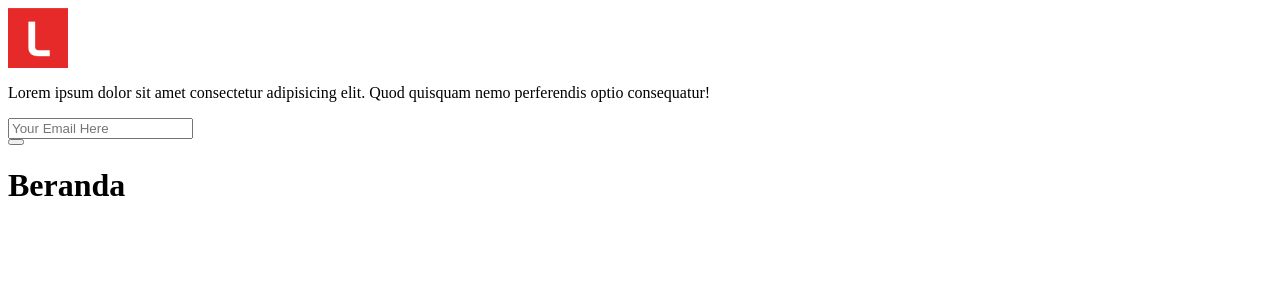
Repository: khulqu15/lelangyuk
Page: resources/views/livewire/components/footer.blade.php
An editor plug-in stored every save of this project. The page is shown before and after the next save, followed by the edit.
The browser window is 1280 px wide. The pictures show the whole page.
The page is served by the project's Laravel application, run on PHP 8.4 with Laravel 8. Other server files are loaded and not shown. The template is opened directly, without the code that normally fills it, so the values that code supplies are empty.

Above is the page before, as saved 2021-02-15 16:41:55.

### routes/web.php
<?php

use App\Http\Controllers\PageController;
use App\Http\Livewire\Page\Home;
use Illuminate\Support\Facades\Route;

/*
|--------------------------------------------------------------------------
| Web Routes
|--------------------------------------------------------------------------
|
| Here is where you can register web routes for your application. These
| routes are loaded by the RouteServiceProvider within a group which
| contains the "web" middleware group. Now create something great!
|
*/

Route::get('/', [PageController::class, 'home'])->name('home');

Route::get('home', [Home::class, 'render']);

Route::middleware(['auth:sanctum', 'verified'])->get('/dashboard', function () {
    return view('dashboard');
})->name('dashboard');

### resources/views/livewire/components/footer.blade.php
<div>
    <div class="container-fluid px-0">
        <div class="row">
            <div class="col-md-6 px-0">
                <div class="p-5 mx-5 my-4">
                    <img src="{{ asset('img/logo.png') }}" width="60px" class="mb-2" alt="Logo">
                    <p class="mb-3">Lorem ipsum dolor sit amet consectetur adipisicing elit. Quod quisquam nemo perferendis optio consequatur!</p>
                    <div class="input-email-footer mt-4">
                        <div class="row">
                            <div class="col-9">
                                <input type="text" class="form-control border-0 px-3" placeholder="Your Email Here">
                            </div>
                            <div class="col-3 text-center">
                                <button class="btn btnm-primary py-3 px-4"><i class="far fa-heart"></i></button>
                            </div>
                        </div>
                    </div>
                </div>
            </div>
            <div class="col-md-6 text-right bgm-primary px-0 position-relative">
                <div class="p-5 mx-5 my-3">
                    <h1 class="menu-footer d-inline-block viga position-relative">
                        <span class="menu-title">Beranda</span>
                        <span class="icon">
                            <i class="fas fa-arrow-left"></i>
                        </span>
                    </h1>
                </div>
            </div>
        </div>
    </div>
</div>

After the next save:
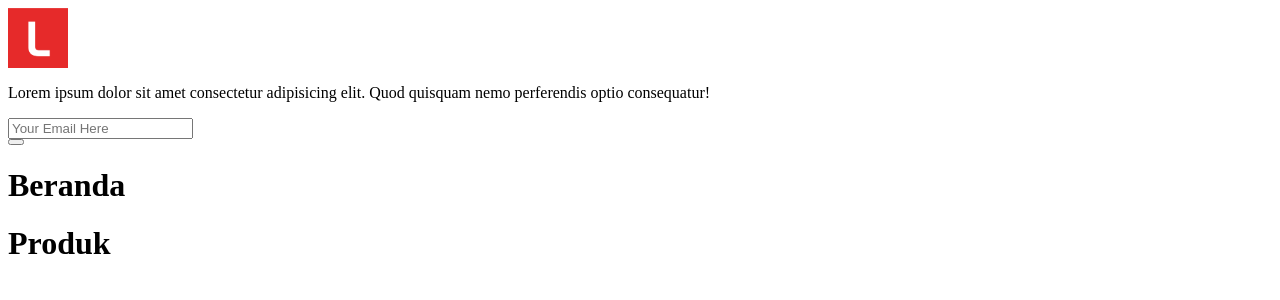
Saved 76 s later.
--- a/resources/views/livewire/components/footer.blade.php
+++ b/resources/views/livewire/components/footer.blade.php
@@ -25,6 +25,12 @@
                             <i class="fas fa-arrow-left"></i>
                         </span>
                     </h1>
+                    <h1 class="menu-footer d-inline-block viga position-relative">
+                        <span class="menu-title">Produk</span>
+                        <span class="icon">
+                            <i class="fas fa-arrow-left"></i>
+                        </span>
+                    </h1>
                 </div>
             </div>
         </div>
